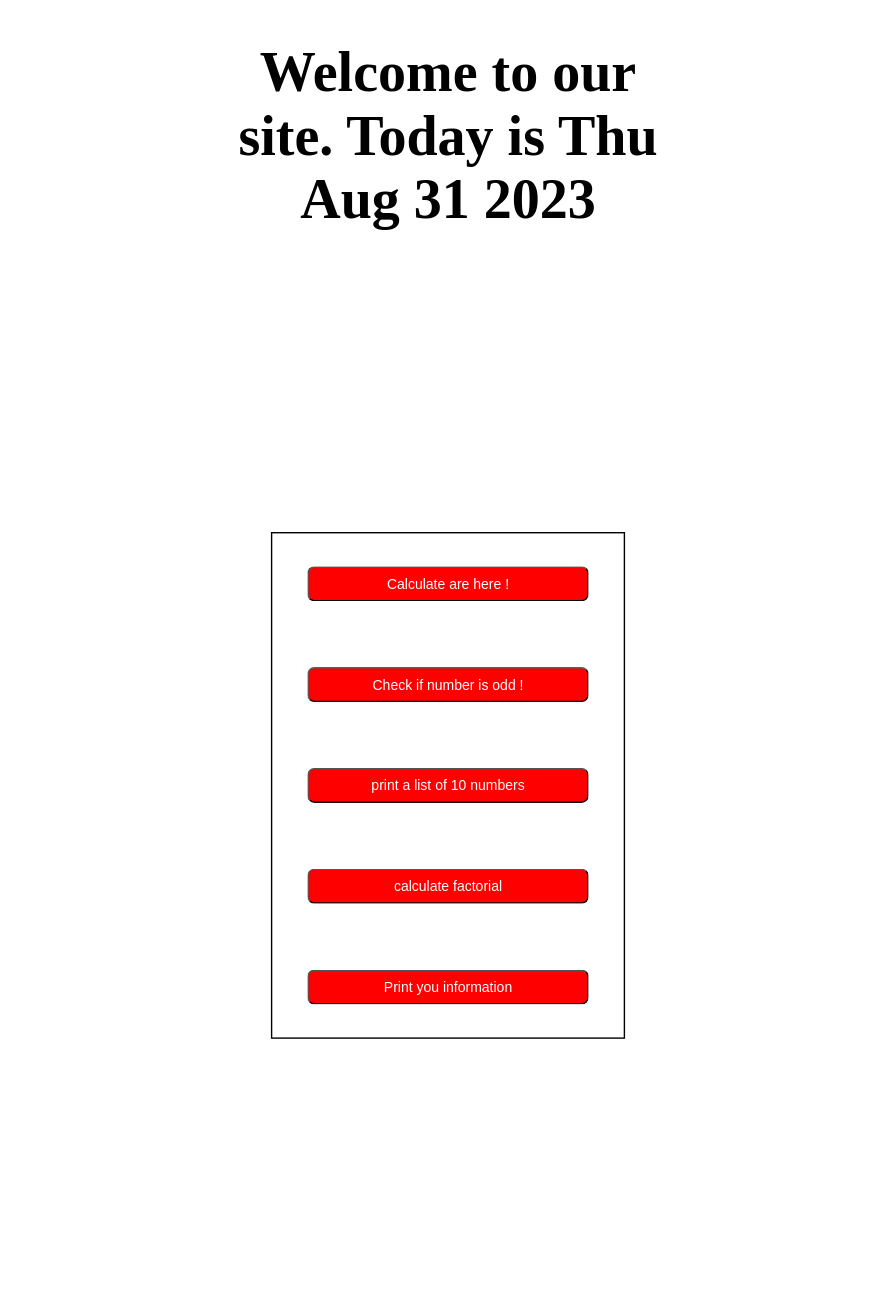
Repository: EMERIC237/codeFi-js
Page: week3/index.html
The author's editor kept a copy of each file at every save. The page is drawn from the files as they stood at one save, then again after a run of saves.
The browser window is 1280 px wide. The pictures show the whole page, at 70% of full size.

Above is the page before, as saved 2023-08-31 20:24:27.

### week3/index.html
<!DOCTYPE html>
<html lang="en">
  <head>
    <meta charset="UTF-8" />
    <meta name="viewport" content="width=device-width, initial-scale=1.0" />
    <title>Document</title>
    <style>
      h1 {
        display: flex;
        text-align: center;
        font-size: 5em;
        margin: auto;
        padding: 50px;
        width: 50%;
      }
      button {
        width: 80%;
        height: 50px;
        background-color: red;
        color: white;
        font-size: 20px;
        border-radius: 10px;
        margin: auto;
      }
      .functions {
        display: flex;
        justify-content: center;
        flex-direction: column;
        align-items: center;
        text-align: center;
        min-height: 100vh;
        border: 2px solid black;
        margin: 30%;

      }
    </style>
  </head>
  <body>
    <h1 id="welcome"></h1>
    <div class="functions">
      <button id="area">Calculate are here !</button>
      <button id="isOdd">Check if number is odd !</button>
      <button id="listNumber">print a list of 10 numbers</button>
      <button id="factorial">calculate factorial</button>
      <button id="print" onclick="printInfos()">Print you information</button>
    </div>

    <script src="./main.js" defer ></script>
  </body>
</html>

### week3/main.js
/**-------------------------------- {WEEK 3} -----------------------------------------**/
// Exercise 1
const greet = (name) => console.log(`Hello ${name}!`);

// Exercise 2
const multiply = (a, b) => a * b;

// Exercise 3
const person = {
  name: "Emeric",
  age: 21,
  gender: "Male",
};

console.log("a new person: " + person);

// Exercise 4
const car = {
  make: "Toyota",
  model: "SUV",
  year: 2022,
};

console.log("a new car: " + car);

// Exercise 5
function reverseString(str) {
  let name = "";
  for (let index = str.length - 1; index >= 0; index--) {
    name += str[index];
  }
  return str.split("").reverse().join();
}

console.log("reverse String: " + reverseString("Hello"));

// Exercise 6
function calculateArea(radius) {
  return Math.PI * radius * radius;
}

console.log("Area circle: " + calculateArea(5));

// Exercise 7
// how run this when the page open
function welcome() {
  const formatDate = new Date().toDateString();

  // Get the element
  const element = document.getElementById("welcome");
  element.innerText = `Welcome to our site. Today is ${formatDate}`;
}
welcome();

//Exercise 8
const num = Number.parseInt(Math.random() * 10 + 1) ;
console.log("generated number: " + num);

// Exercise 10 --> see previous execise
// Exercise 11



// console.groupCollapsed("Date Methods");
// console.log("now():", Date.now());
// console.log("getDate():", new Date().getDate());
// console.log("toDateString():", new Date().toDateString());
// console.log("toISOString():", new Date().toISOString());
// console.log("getSeconds():", new Date().getSeconds());
// console.log("getMinutes():", new Date().getMinutes());
// console.log("getHours():", new Date().getHours());
// console.log("getDay():", new Date().getDay());
// console.log("getMonth():", new Date().getMonth());
// console.log("getYear():", new Date().getYear());
// console.groupEnd();

After the next 24 saves:
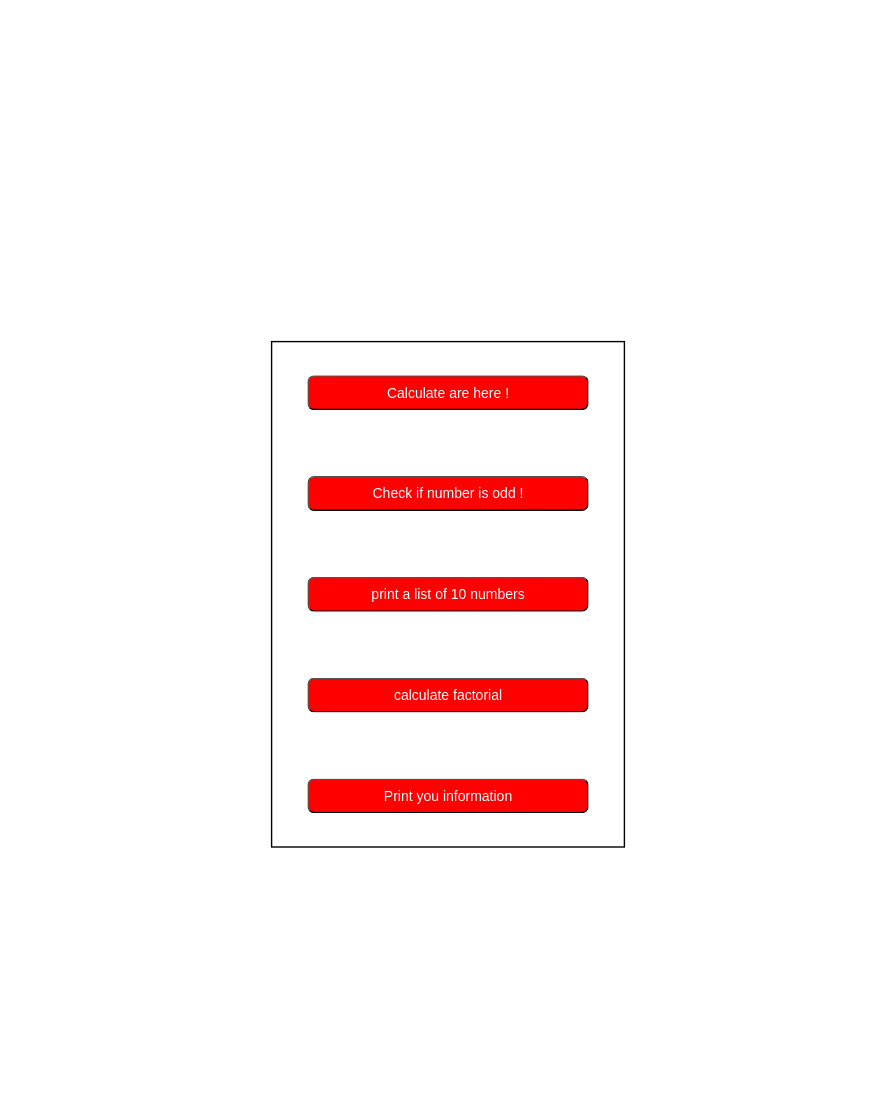
Console error: SyntaxError: Unexpected token '{'
The 24 saves are shown as one change because they came seconds apart.
The last was saved 55 s later.
--- a/week3/main.js
+++ b/week3/main.js
@@ -58,7 +58,10 @@ console.log("generated number: " + num);
 
 // Exercise 10 --> see previous execise
 // Exercise 11
+printInfos(){
+  const element = document.createElement('div');
 
+}
 
 
 // console.groupCollapsed("Date Methods");
